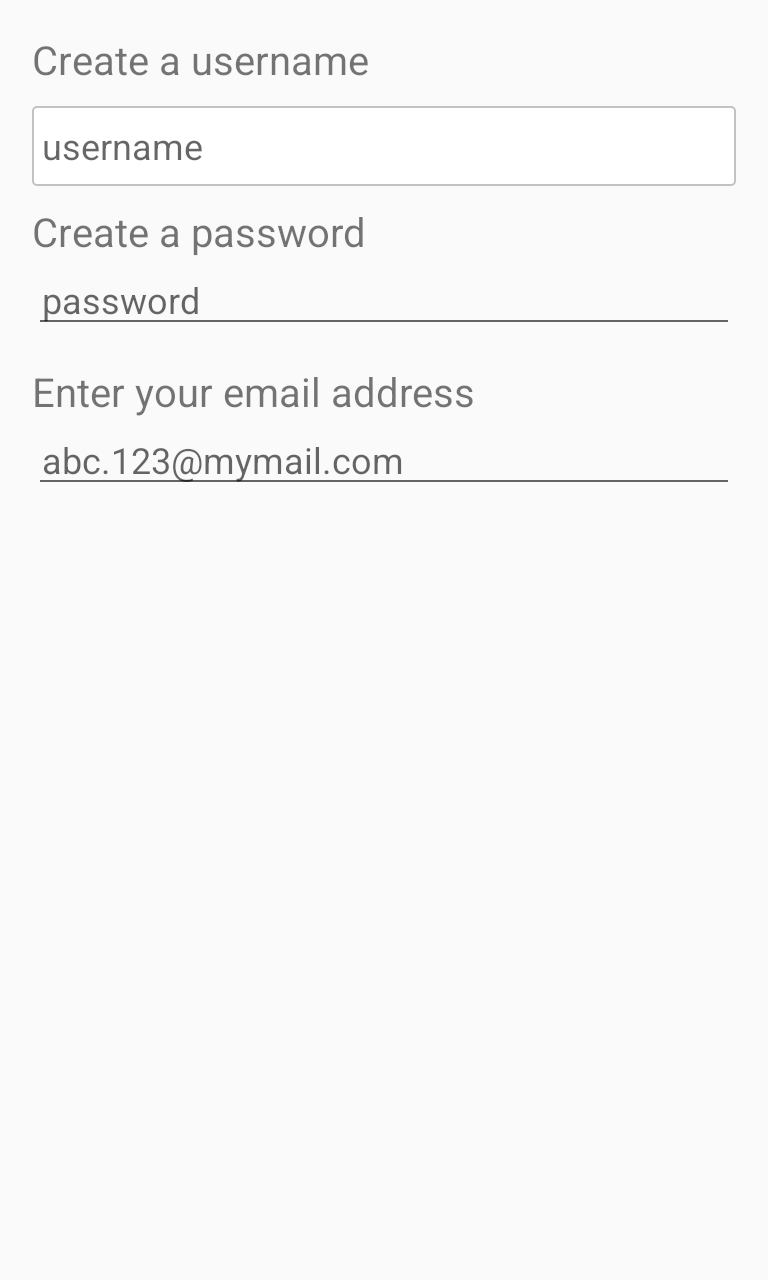
Repository: israelhill/Noteworthy
Layout: Noteworthy/res/layout/fragment_sign_up.xml
An editor plug-in stored every save of this project. The layout is shown before and after the next save, followed by the edit.
It is drawn on a 768 x 1280 px phone screen (xhdpi) without system bars, with theme AppTheme; the app's code is not run.

Above is the layout before, as saved 2014-09-06 10:55:20.

### Noteworthy/res/layout/fragment_sign_up.xml
<LinearLayout xmlns:android="http://schemas.android.com/apk/res/android"
    xmlns:tools="http://schemas.android.com/tools"
    android:layout_width="match_parent"
    android:layout_height="match_parent"
    android:paddingBottom="@dimen/activity_vertical_margin"
    android:paddingLeft="@dimen/activity_horizontal_margin"
    android:paddingRight="@dimen/activity_horizontal_margin"
    android:paddingTop="@dimen/activity_vertical_margin"
    tools:context="com.noteworthy.SignUp$PlaceholderFragment"
    android:orientation="vertical" >

    <TextView
        android:layout_width="wrap_content"
        android:layout_height="wrap_content"
        android:text="@string/enter_username"
        android:textSize="20sp" />

    <EditText
    android:id="@+id/signup_username"
    android:layout_width="match_parent"
    android:layout_height="40dp"
    android:hint="@string/username"
    android:layout_marginBottom="9dp"
    android:layout_marginTop="10dp"
    android:paddingLeft="5dp"
    android:background="@drawable/sign_up_fields"/>

    <TextView
        android:layout_width="wrap_content"
        android:layout_height="wrap_content"
        android:text="@string/enter_password"
        android:textSize="20sp"/>

<EditText
    android:id="@+id/signup_password"
    android:layout_width="match_parent"
    android:layout_height="40dp"
    android:hint="@string/password"
    android:inputType="textPassword"
    android:paddingLeft="5dp"
    android:layout_marginBottom="13dp"/>

<TextView
        android:layout_width="wrap_content"
        android:layout_height="wrap_content"
        android:text="@string/enter_email"
        android:textSize="20sp" />

<EditText
    android:id="@+id/email"
    android:layout_width="match_parent"
    android:layout_height="40dp"
    android:hint="@string/email_hint"
    android:paddingLeft="5dp"
    android:layout_marginBottom="13dp"
    android:inputType="textEmailAddress"/>

</LinearLayout>

### Noteworthy/res/values/strings.xml
<?xml version="1.0" encoding="utf-8"?>
<resources>

    <string name="app_name">Noteworthy</string>
    <string name="hello_world">Hello world!</string>
    <string name="action_settings">Settings</string>
    <string name="username">username</string>
    <string name="password">password</string>
    <string name="login">Login</string>
    <string name="signup">Sign Up</string>
    <string name="title_activity_sign_up">SignUp</string>
    <string name="enter_email">Enter your email address</string>
    <string name="enter_username">Create a username</string>
    <string name="enter_password">Create a password</string>
    <string name="email_hint">abc.123@mymail.com</string>

</resources>

### Noteworthy/res/drawable/sign_up_fields.xml
<?xml version="1.0" encoding="utf-8"?>
<shape xmlns:android="http://schemas.android.com/apk/res/android"
    android:name="rectangle" >

    <corners
        android:radius="2dp"/>
    <solid
        android:color="@color/white"/>
    <stroke
        android:color="@color/gray"
        android:width="1dp"/>


</shape>

### Noteworthy/res/values/color.xml
<?xml version="1.0" encoding="utf-8"?>
<resources>
    <color name="blue">#0099FF</color>
    <color name="white">#ffffff</color>
    <color name="gray">#C2C2C2</color>

</resources>

Loaded but not shown: Noteworthy/res/values/styles.xml (common file); Noteworthy/res/values-v11/styles.xml (common file); Noteworthy/res/values-v14/styles.xml (common file); Noteworthy/res/values/dimens.xml (common file); Noteworthy/res/values-w820dp/dimens.xml (common file)

After the next save:
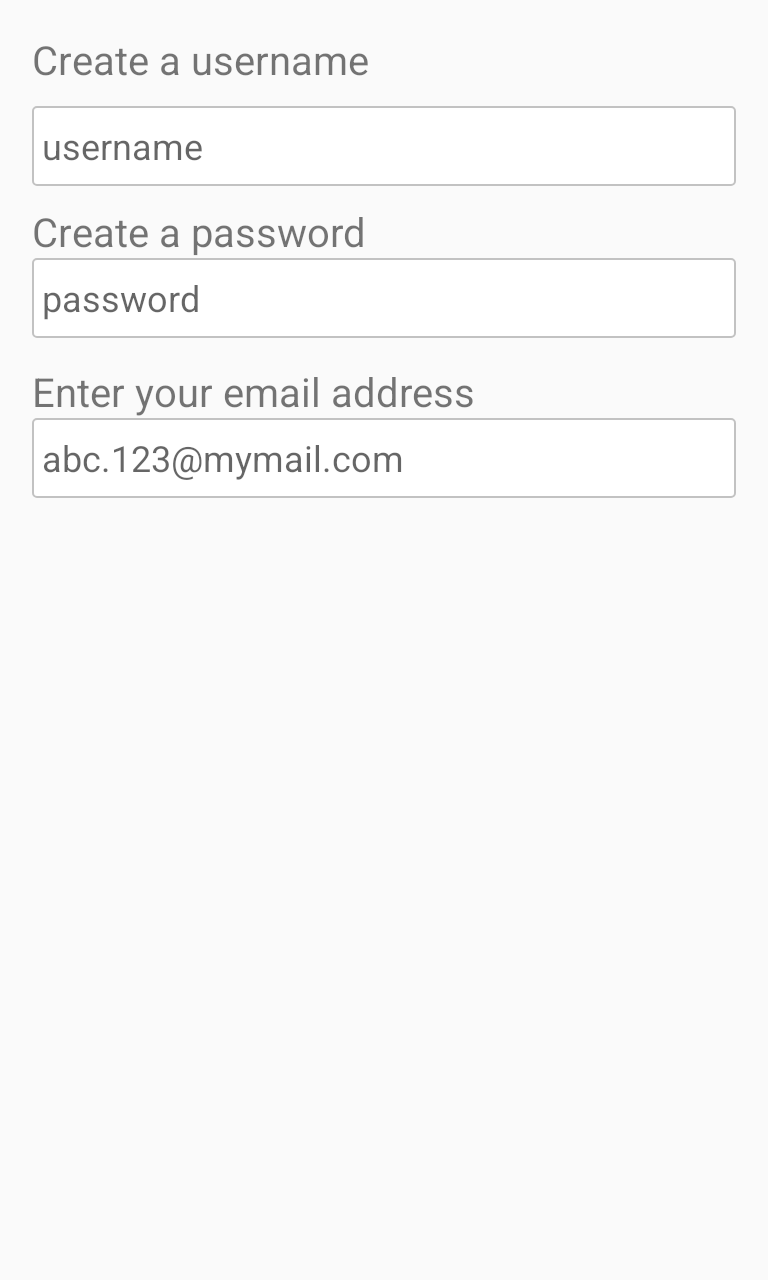
Saved 14 s later.
--- a/Noteworthy/res/layout/fragment_sign_up.xml
+++ b/Noteworthy/res/layout/fragment_sign_up.xml
@@ -38,7 +38,8 @@
     android:hint="@string/password"
     android:inputType="textPassword"
     android:paddingLeft="5dp"
-    android:layout_marginBottom="13dp"/>
+    android:layout_marginBottom="13dp"
+    android:background="@drawable/sign_up_fields"/>
 
 <TextView
         android:layout_width="wrap_content"
@@ -53,6 +54,7 @@
     android:hint="@string/email_hint"
     android:paddingLeft="5dp"
     android:layout_marginBottom="13dp"
-    android:inputType="textEmailAddress"/>
+    android:inputType="textEmailAddress"
+    android:background="@drawable/sign_up_fields"/>
 
 </LinearLayout>
